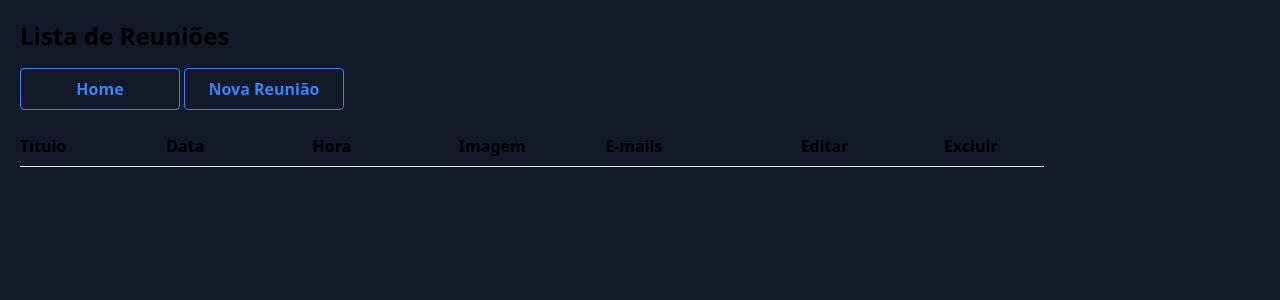
Repository: TamiBeira/meeting
Page: /meetings
An editor plug-in stored every save of this project. The page is shown before and after the next save, followed by the edit.
The browser window is 1280 px wide. The pictures show the whole page.
The project was rebuilt for these pictures with package versions that can differ from the ones it lists, and the page was loaded fresh each time. Also part of the build but not shown: vite.config.ts, src/contexts/FormContext.tsx, src/components/Form.tsx, src/components/HomePage.tsx.

Above is the page before, as saved 2024-02-27 00:14:03.

### index.html
<!doctype html>
<html lang="pt">
  <head>
    <meta charset="UTF-8" />
    <meta name="viewport" content="width=device-width, initial-scale=1.0" />
    <title>Meeting</title>
  </head>
  <body>
    <div id="root"></div>
    <script type="module" src="/src/main.tsx"></script>
  </body>
</html>

### src/app.tsx
import { BrowserRouter as Router, Routes, Route } from 'react-router-dom';
import { FormProvider } from './contexts/FormContext';
import { MeetingsProvider } from './contexts/MeetingsContext';
import { Form } from './components/Form';
import { MeetingsView } from './components/MeetingsView';
import { HomePage } from './components/HomePage';

export const App = () => {
  return (
    <Router>
      <Routes>
        <Route path="/" element={<HomePage />} />
        <Route path="/form" element={<FormProvider><Form /></FormProvider>} />
        <Route path="/meetings" element={<MeetingsProvider><MeetingsView /></MeetingsProvider>} />
      </Routes>
    </Router>
  );
};

### src/contexts/MeetingsContext.tsx
import React, { createContext, useState, useEffect, useContext } from 'react';
import { toast } from 'react-toastify';

export interface Meeting {
  title: string;
  data: string;
  hora: string;
  imagem?: string;
  imagemPath?: string;
  emails: string[];
}

interface MeetingsContextType {
  meetings: Meeting[];
  editableIndex: number | null;
  editedMeeting: Meeting;
  handleEdit: (index: number) => void;
  handleSave: () => void;
  handleDelete: (index: number) => void;
  handleInputChange: (event: React.ChangeEvent<HTMLInputElement>, key: string) => void;
}

interface MeetingContextProviderProps {
  children: React.ReactNode;
}

const MeetingsContext = createContext<MeetingsContextType | undefined>(undefined);

export const useMeetingsContext = () => {
  const context = useContext(MeetingsContext);
  if (!context) {
    throw new Error('useMeetingsContext must be used within a MeetingsProvider');
  }
  return context;
};

export const MeetingsProvider: React.FC<MeetingContextProviderProps> = ({ children }) => {
  const [meetings, setMeetings] = useState<Meeting[]>([]);
  const [editableIndex, setEditableIndex] = useState<number | null>(null);
  const [editedMeeting, setEditedMeeting] = useState<Meeting>({
    title: '',
    data: '',
    hora: '',
    emails: [],
  });

  useEffect(() => {
    const storedMeetings = localStorage.getItem('meetingData');
    if (storedMeetings) {
      setMeetings(JSON.parse(storedMeetings));
    }
  }, []);

  const handleEdit = (index: number) => {
    setEditableIndex(index);
    setEditedMeeting(meetings[index]);
  };

  const handleSave = () => {
    if (editableIndex === null) return;

    const updatedMeetings = [...meetings];
    updatedMeetings[editableIndex] = editedMeeting;
    setMeetings(updatedMeetings);
    localStorage.setItem('meetingData', JSON.stringify(updatedMeetings));
    setEditableIndex(null);
    setEditedMeeting({
      title: '',
      data: '',
      hora: '',
      emails: [],
    });
    toast.success('Reunião salva com sucesso!');
  };

  const handleDelete = (index: number) => {
    const confirmDelete = window.confirm('Tem certeza que deseja excluir esta reunião?');
    if (confirmDelete) {
      const updatedMeetings = [...meetings];
      updatedMeetings.splice(index, 1);
      setMeetings(updatedMeetings);
      localStorage.setItem('meetingData', JSON.stringify(updatedMeetings));
      toast.success('Reunião excluída com sucesso!');
    }
  };

  const handleInputChange = (event: React.ChangeEvent<HTMLInputElement>, key: string) => {
    setEditedMeeting({ ...editedMeeting, [key]: event.target.value });
  };

  const contextValue: MeetingsContextType = {
    meetings,
    editableIndex,
    editedMeeting,
    handleEdit,
    handleSave,
    handleDelete,
    handleInputChange,
  };

  return (
    <MeetingsContext.Provider value={contextValue}>
      {children}
    </MeetingsContext.Provider>
  );
};

### src/components/MeetingsView.tsx
import React from 'react';
import { Link } from 'react-router-dom';
import { ToastContainer } from 'react-toastify';
import { FaEdit, FaTrash } from 'react-icons/fa';
import { useMeetingsContext } from '../contexts/MeetingsContext';

export const MeetingsView: React.FC = () => {
  const {
    meetings,
    editableIndex,
    editedMeeting,
    handleEdit,
    handleSave,
    handleDelete,
    handleInputChange,
  } = useMeetingsContext();

  const handleImageChange = (e: React.ChangeEvent<HTMLInputElement>) => {
    const file = e.target.files && e.target.files[0];
    if (file) {
      const reader = new FileReader();
      reader.onloadend = () => {
        const imageDataUrl = reader.result as string;
        handleInputChange({ target: { value: imageDataUrl } } as React.ChangeEvent<HTMLInputElement>, 'imagem');
      };
      reader.readAsDataURL(file);
    }
  };

  return (
    <div className="mx-auto bg-gray-900 w-full h-screen p-5">
      <h2 className="text-2xl font-bold mb-4">Lista de Reuniões</h2>
      <div className="mt-4 mb-4">
        <Link to="/" className="w-40 mr-1 inline-block text-center border border-solid border-blue-500 text-blue-500 font-bold px-4 py-2 rounded">Home</Link>
        <Link to="/form" className="w-40 inline-block text-center border border-solid border-blue-500 text-blue-500 font-bold mr-2 px-4 py-2 rounded">Nova Reunião</Link>
      </div>
      <ul>
        <li className="border-b border-gray-200 py-2 flex sm:flex-row font-semibold max-w-5xl">
          <div className="w-1/5">Título</div>
          <div className="w-1/5">Data</div>
          <div className="w-1/5">Hora</div>
          <div className="w-1/5">Imagem</div>
          <div className="w-1/5">E-mails</div>
          <div className="w-1/5 text-center">Editar</div>
          <div className="w-1/5 text-center">Excluir</div>
        </li>
        {meetings.map((meeting, index) => (
          <li key={index} className="max-w-5xl border-b border-gray-200 py-4 flex flex-col sm:flex-row justify-center items-center">
            {editableIndex === index ? (
              <>
                <input
                  type="text"
                  value={editedMeeting.title}
                  onChange={(e) => handleInputChange(e, 'title')}
                  className="mb-2 sm:mb-0 mr-4 px-4 py-2 border rounded-md shadow-sm focus:outline-none focus:ring-blue-500 focus:border-blue-500 max-w-28"
                  placeholder="Título"
                />
                <input
                  type="date"
                  value={editedMeeting.data}
                  onChange={(e) => handleInputChange(e, 'data')}
                  className="mb-2 sm:mb-0 mr-4 px-4 py-2 border rounded-md shadow-sm focus:outline-none focus:ring-blue-500 focus:border-blue-500"
                />
                <input
                  type="time"
                  value={editedMeeting.hora}
                  onChange={(e) => handleInputChange(e, 'hora')}
                  className="mb-2 sm:mb-0 mr-4 px-4 py-2 border rounded-md shadow-sm focus:outline-none focus:ring-blue-500 focus:border-blue-500"
                />
                <div className="flex items-center w-1/5">
                  <input
                    type="file"
                    accept="image/*"
                    onChange={handleImageChange}
                    className="hidden"
                    id="input-image"
                  />
                  <label htmlFor="input-image" className="cursor-pointer mr-2 underline text-blue-500">Escolher outra imagem</label>
                  {editedMeeting.imagem && (
                    <img src={editedMeeting.imagem} alt="Imagem da reunião" className="max-w-xs h-12" />
                  )}
                </div>
                <input
                  type="text"
                  value={editedMeeting.emails.join(', ')}
                  onChange={(e) => handleInputChange(e, 'emails')}
                  className="mb-2 sm:mb-0 mr-4 px-4 py-2 border rounded-md shadow-sm focus:outline-none focus:ring-blue-500 focus:border-blue-500 w-64"
                  placeholder="E-mails"
                />
                <div>
                  <button
                    onClick={handleSave}
                    className="bg-green-500 hover:bg-green-700 text-white font-bold py-2 px-4 mr-2 rounded"
                  >
                    Salvar
                  </button>
                </div>
              </>
            ) : (
              <>
                <div className="w-1/5">{meeting.title}</div>
                <div className="w-1/5">{meeting.data}</div>
                <div className="w-1/5">{meeting.hora}</div>
                <div className="w-1/5">
                  <img src={meeting.imagem} alt="Imagem da reunião" width={50} height={50}/>
                </div>
                <div className="w-1/5">{Array.isArray(meeting.emails) ? meeting.emails.join(', ') : ''}</div>
                <div className="w-1/5 text-center">
                  <button
                    onClick={() => handleEdit(index)}
                    className="text-blue-500 font-bold"
                  >
                    <FaEdit className="inline-block mr-1" />
                  </button>
                </div>
                <div className='w-1/5 justify-center text-center'>
                  <button
                    onClick={() => handleDelete(index)}
                    className="text-red-500 font-bold"
                  >
                    <FaTrash className="inline-block mr-1" />
                  </button>
                </div>
              </>
            )}
          </li>
        ))}
      </ul>
      <ToastContainer />
    </div>
  );
};

### tailwind.config.js
/** @type {import('tailwindcss').Config} */
export default {
  content: [
    "./index.html",
    "./src/**/*.tsx",
  ],
  theme: {
    extend: {},
  },
  plugins: [],
}

Loaded but not shown: src/main.tsx (common file); src/index.css (common file)

After the next save:
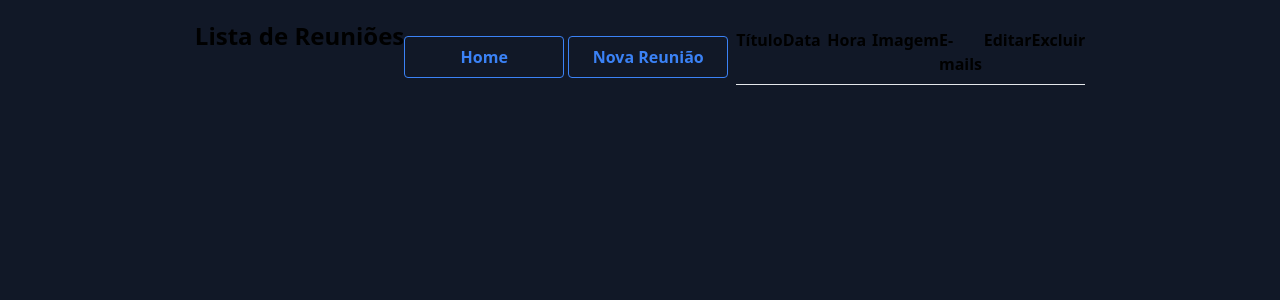
Saved 26 s later.
--- a/src/components/MeetingsView.tsx
+++ b/src/components/MeetingsView.tsx
@@ -28,7 +28,7 @@ export const MeetingsView: React.FC = () => {
   };
 
   return (
-    <div className="mx-auto bg-gray-900 w-full h-screen p-5">
+    <div className="mx-auto bg-gray-900 w-full h-screen p-5 flex justify-center">
       <h2 className="text-2xl font-bold mb-4">Lista de Reuniões</h2>
       <div className="mt-4 mb-4">
         <Link to="/" className="w-40 mr-1 inline-block text-center border border-solid border-blue-500 text-blue-500 font-bold px-4 py-2 rounded">Home</Link>
